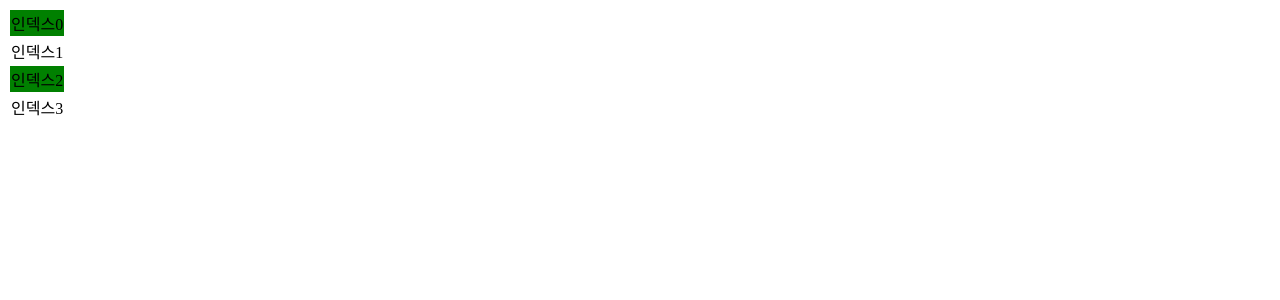
Repository: reddrinkbro/JSPStudy
Page: jQuery/WebContent/4필터선택자/19.html
These files come from the project's save history. The page is drawn as it stood at one moment and after the next save; the edit follows.
The browser window is 1280 px wide. The pictures show the whole page.

Above is the page before, as saved 2020-04-21 08:09:18.

### jQuery/WebContent/4필터선택자/19.html
<!DOCTYPE html PUBLIC "-//W3C//DTD HTML 4.01 Transitional//EN" "http://www.w3.org/TR/html4/loose.dtd">
<html>
<head>
<meta http-equiv="Content-Type" content="text/html; charset=UTF-8">
<title>Insert title here</title>
<!--
	:even 필터 선택자
	선택한 요소중에서 인덱스위치가 짝수인 요소를 모두 선택함
	:odd 필터 선택자
	선택한 요소중에서 인덱스위치가 홀수인 요소를 모두 선택함

	예제주제: <table>태그 내의 짝수 번째 행에는 배경색을 green으로 설정하고 홀수 번째 행에는 글꼴 크기를 20px로 설정하는 예쩨
 -->
	<script src="https://code.jquery.com/jquery-3.3.1.js"></script>
	<script type="text/javascript">
	$(function() {
		$("tr :even").css("background-color","green");

	});
	</script>
</head>
<body>
	<table>
		<tr><td>인덱스0</td></tr>
		<tr><td>인덱스1</td></tr>
		<tr><td>인덱스2</td></tr>
		<tr><td>인덱스3</td></tr>

	</table>
</body>
</html>

After the next save:
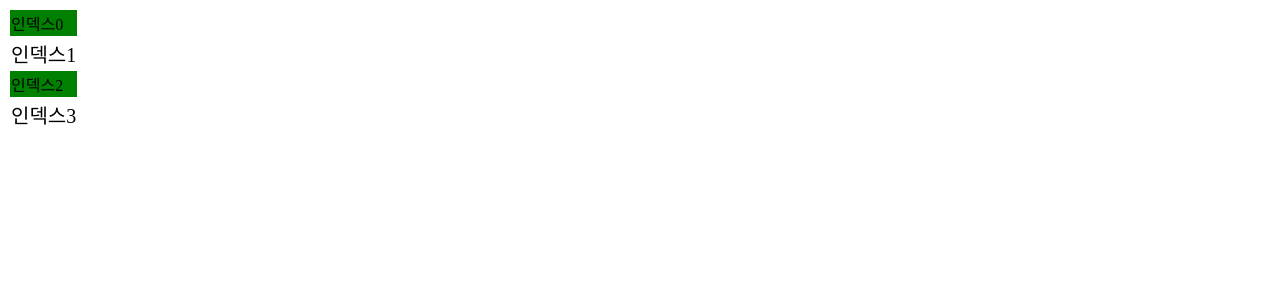
Saved 16 s later.
--- a/jQuery/WebContent/4필터선택자/19.html
+++ b/jQuery/WebContent/4필터선택자/19.html
@@ -15,7 +15,7 @@
 	<script type="text/javascript">
 	$(function() {
 		$("tr :even").css("background-color","green");
-
+		$("tr :odd").css("font-size","20px");
 	});
 	</script>
 </head>
